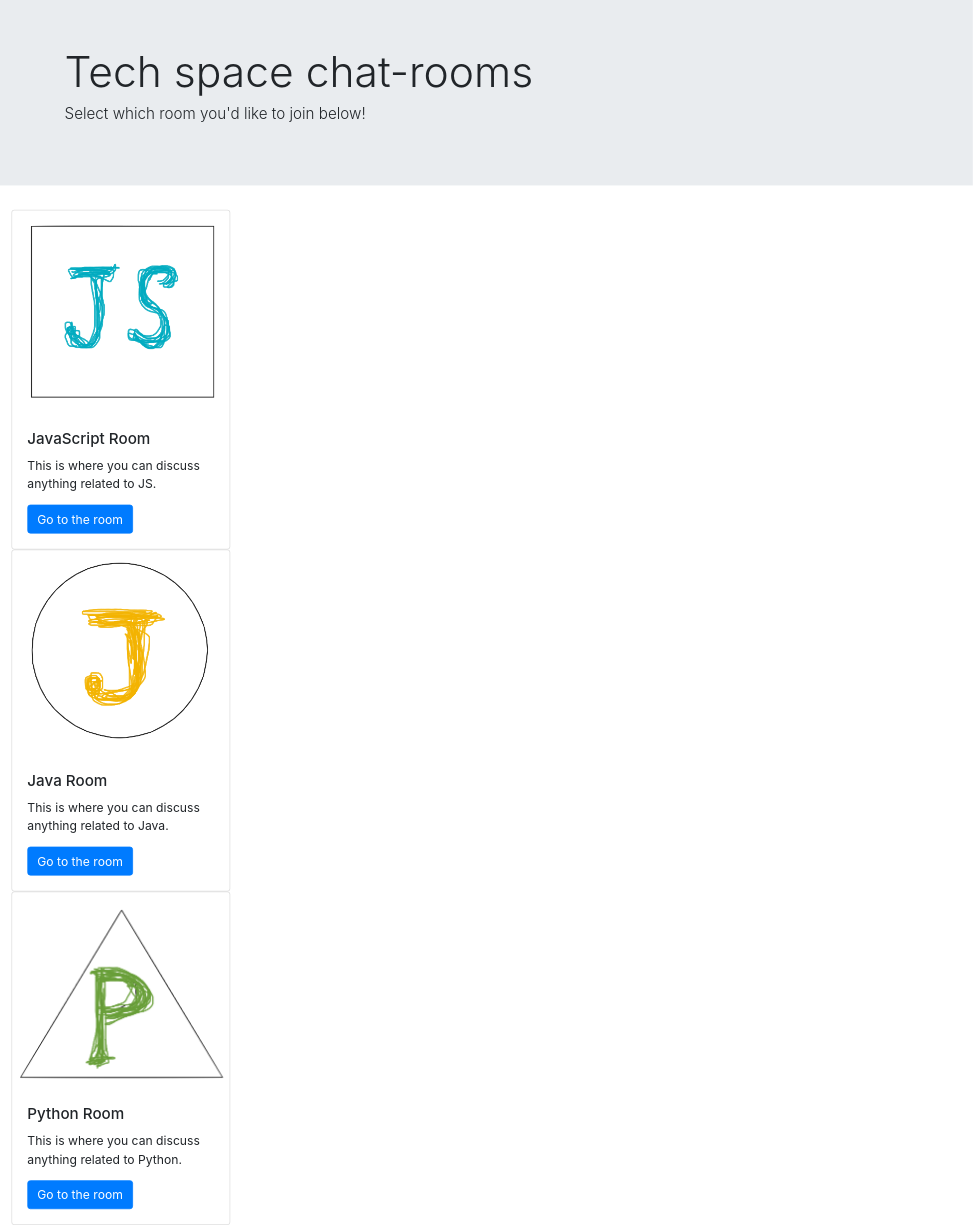
Repository: K-TT/ChatRoom
Page: public/index.html
These files come from the project's save history. The page is drawn as it stood at one moment and after the next save; the edit follows.
The browser window is 1280 px wide. The pictures show the whole page, at 76% of full size.
Some web libraries are served in a nearby version.

Above is the page before, as saved 2022-02-20 17:14:47.

After the next save:
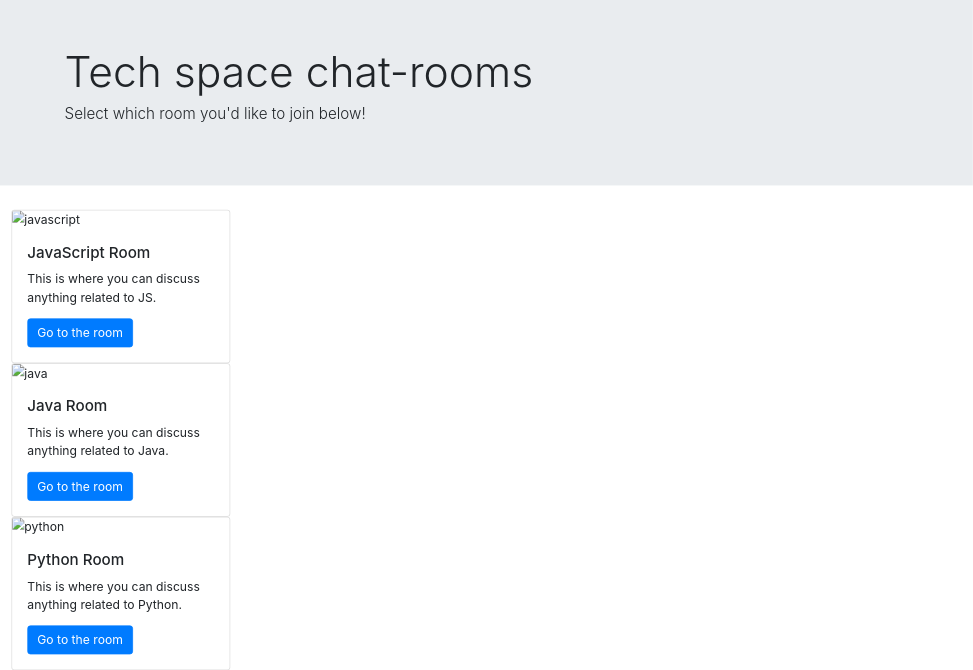
Not found: images/java.png
Not found: images/javascript.png
Not found: images/python.png
Saved 79 s later.
--- a/public/index.html
+++ b/public/index.html
@@ -19,7 +19,7 @@
     </div>
     <div class="container-fluid">
         <div class="card" style="width: 18rem;">
-            <img src="./images/javascript.png" class="card-img-top" alt="javascript">
+            <img src="/images/javascript.png" class="card-img-top" alt="javascript">
             <div class="card-body">
                 <h5 class="card-title">JavaScript Room</h5>
                 <p class="card-text">This is where you can discuss anything related to JS.</p>
@@ -27,7 +27,7 @@
             </div>
         </div>
         <div class="card" style="width: 18rem;">
-            <img src="./images/java.png" class="card-img-top" alt="java">
+            <img src="/images/java.png" class="card-img-top" alt="java">
             <div class="card-body">
                 <h5 class="card-title">Java Room</h5>
                 <p class="card-text">This is where you can discuss anything related to Java.</p>
@@ -35,7 +35,7 @@
             </div>
         </div>
         <div class="card" style="width: 18rem;">
-            <img src="./images/python.png" class="card-img-top" alt="python">
+            <img src="/images/python.png" class="card-img-top" alt="python">
             <div class="card-body">
                 <h5 class="card-title">Python Room</h5>
                 <p class="card-text">This is where you can discuss anything related to Python.</p>

After the save that followed:
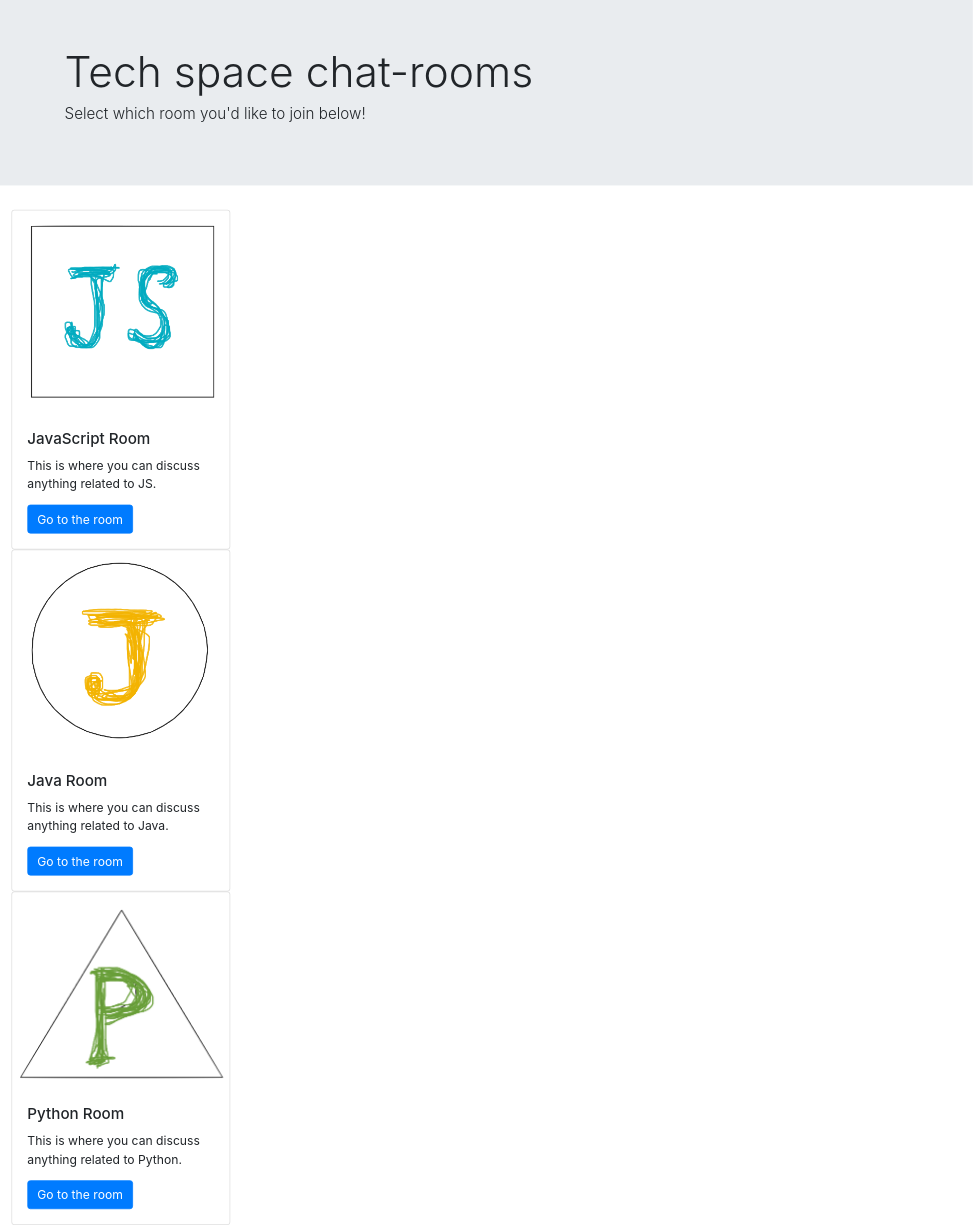
Saved 29 s later.
--- a/public/index.html
+++ b/public/index.html
@@ -19,7 +19,7 @@
     </div>
     <div class="container-fluid">
         <div class="card" style="width: 18rem;">
-            <img src="/images/javascript.png" class="card-img-top" alt="javascript">
+            <img src="./images/javascript.png" class="card-img-top" alt="javascript">
             <div class="card-body">
                 <h5 class="card-title">JavaScript Room</h5>
                 <p class="card-text">This is where you can discuss anything related to JS.</p>
@@ -27,7 +27,7 @@
             </div>
         </div>
         <div class="card" style="width: 18rem;">
-            <img src="/images/java.png" class="card-img-top" alt="java">
+            <img src="./images/java.png" class="card-img-top" alt="java">
             <div class="card-body">
                 <h5 class="card-title">Java Room</h5>
                 <p class="card-text">This is where you can discuss anything related to Java.</p>
@@ -35,7 +35,7 @@
             </div>
         </div>
         <div class="card" style="width: 18rem;">
-            <img src="/images/python.png" class="card-img-top" alt="python">
+            <img src="./images/python.png" class="card-img-top" alt="python">
             <div class="card-body">
                 <h5 class="card-title">Python Room</h5>
                 <p class="card-text">This is where you can discuss anything related to Python.</p>
